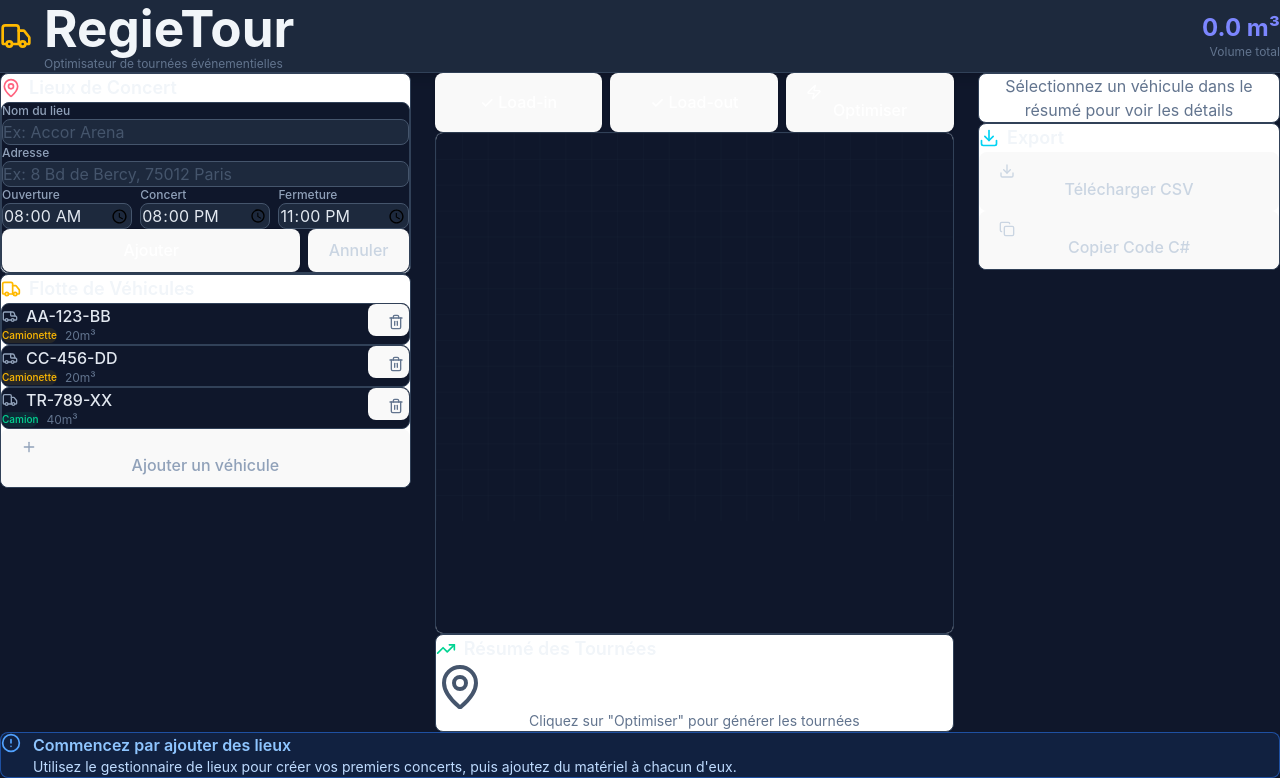
Repository: MaqlachMehdi/logipro
Page: /, after clicking the first element matching `button.rounded-lg`
An editor plug-in stored every save of this project. The page is shown before and after the next save, followed by the edit.
The browser window is 1280 px wide. The pictures show the whole page.
The project was rebuilt for these pictures with package versions that can differ from the ones it lists, and the page was loaded fresh each time. Also part of the build but not shown: vite.config.ts, src/components/VolumeEstimator.tsx, src/components/GearManager.tsx, src/components/ExportDatabase.tsx.

Above is the page before, as saved 2026-02-08 19:59:26.

After the next save:
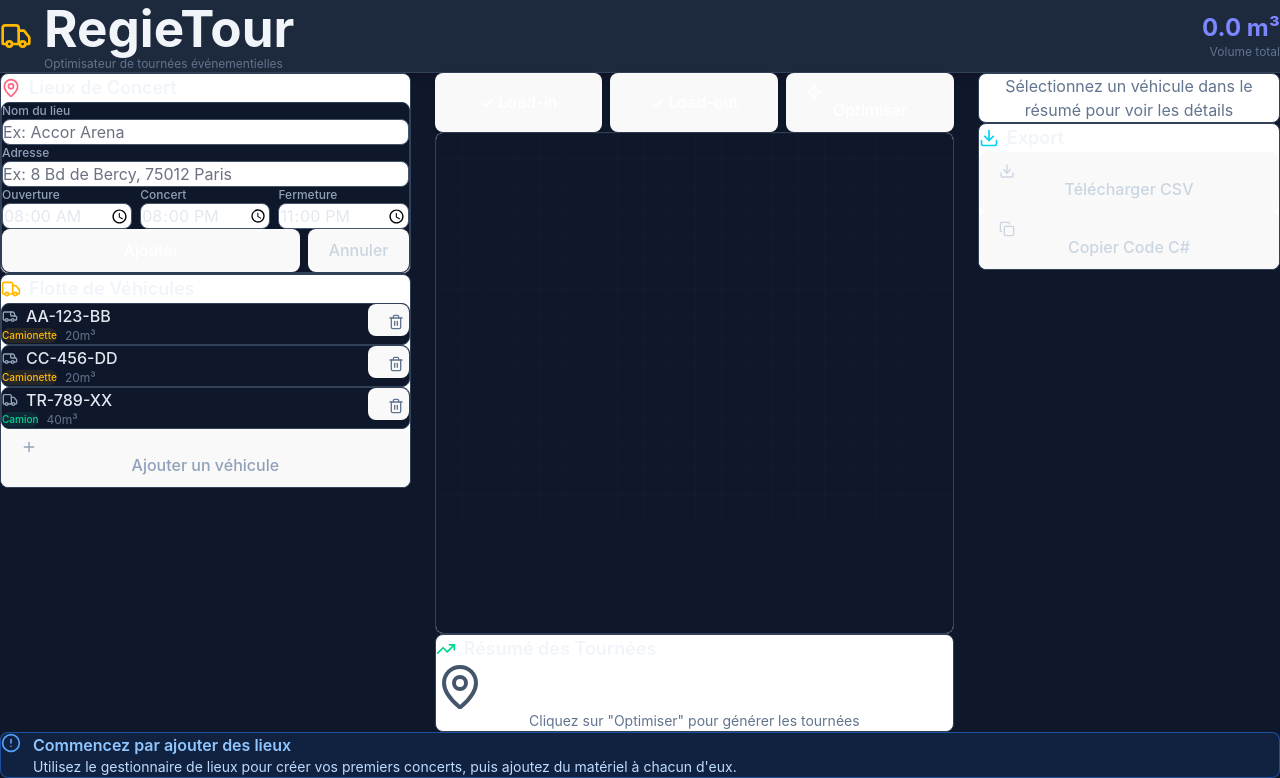
Saved 50 s later.
--- a/src/components/ui/input.tsx
+++ b/src/components/ui/input.tsx
@@ -7,7 +7,7 @@ interface InputProps extends React.InputHTMLAttributes<HTMLInputElement> {
 export function Input({ className = '', ...props }: InputProps) {
   return (
     <input
-      className={`w-full px-3 py-2 rounded-lg border bg-slate-800 border-slate-600 text-slate-200 placeholder-slate-600 focus:outline-none focus:border-indigo-500 focus:ring-2 focus:ring-indigo-500/20 transition-colors ${className}`}
+      className={`w-full px-3 py-2 rounded-lg border bg-white border-gray-300 text-gray-900 placeholder-gray-500 focus:outline-none focus:border-blue-500 focus:ring-2 focus:ring-blue-500/20 transition-colors ${className}`}
       {...props}
     />
   );
